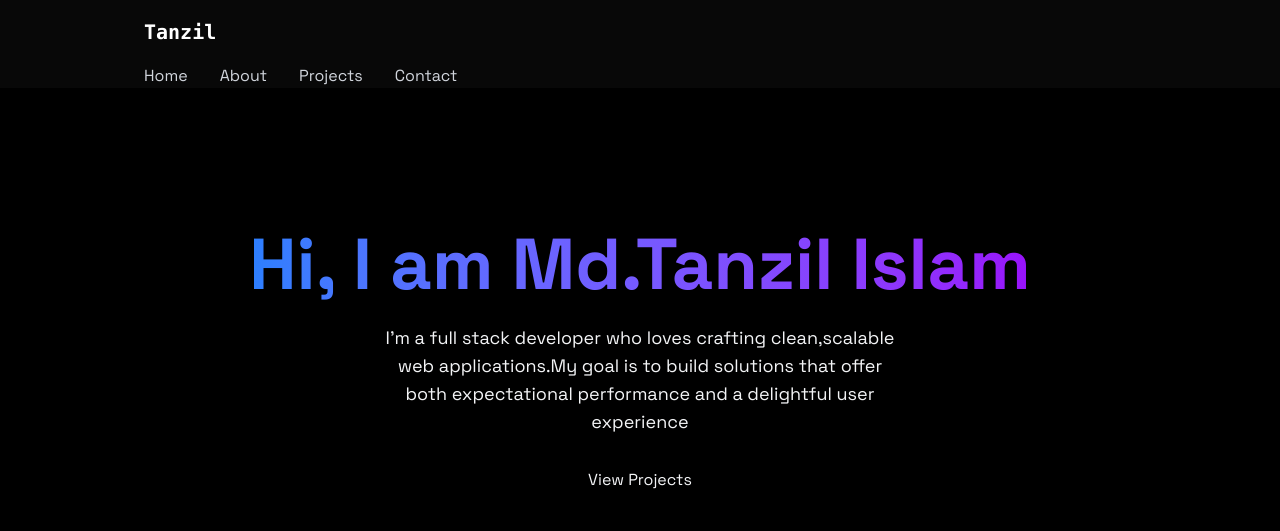
Repository: tanimtanzilislam/my_portfolio
Page: /
The author's editor kept a copy of each file at every save. The page is drawn from the files as they stood at one save, then again after a run of saves.
The browser window is 1280 px wide. The pictures show the whole page.
The project was rebuilt for these pictures with package versions that can differ from the ones it lists, and the page was loaded fresh each time. Also part of the build but not shown: vite.config.js.

Above is the page before, as saved 2025-05-10 12:16:30.

### index.html
<!doctype html>
<html lang="en">
  <head>
    <meta charset="UTF-8" />
    <link rel="icon" type="image/svg+xml" href="/vite.svg" />
    <link rel="preconnect" href="https://fonts.googleapis.com" />
    <link rel="preconnect" href="https://fonts.gstatic.com" crossorigin />
    <link
    href="https://fonts.googleapis.com/css2?family=Space+Grotesk:wght@400;500;600;700&family=jetBrains+Mono:wght"
    rel="stylesheet"/>
    <meta name="viewport" content="width=device-width, initial-scale=1.0" />
    <title>Vite + React</title>
  </head>
  <body>
    <div id="root"></div>
    <script type="module" src="/src/main.jsx"></script>
  </body>
</html>

### src/index.css
@import "tailwindcss";

html, body {
  margin: 0;
  padding: 0;
  font-family: "Space Grotesk", sans-serif;
  background: #f3f4f6;
}

@layer utilities {

  @keyframes blink{
    0%,100%{
      opacity:1;
    }
    50%{
      opacity:0;
    }
  }
  .animated-blink {
    animation: blink 0.8s step-end infinite;
  }
  @keyframes loading {
    0% {
      transform: translateX(-100%);
    }
    100% {
      transform: translateX(250%);
    }
  }

  .animate-loading-bar {
    animation: loading 0.8s ease infinite;
  }
}

### src/App.jsx
import React, { useState } from 'react';
import './App.css';
import './index.css';
import { LoadingScreen } from './components/LoadingScreen';
import { Navbar } from './components/Navbar';
import { MobileMenu } from './components/MobileMenu';
import { Home } from './components/sections/Home';
function App() {
  const [isLoaded, setIsLoaded] = useState(false);
  const [menuOpen, setMenuOpen] = useState(false);

  return (
    <>
      {
        !isLoaded && <LoadingScreen onComplete={() => setIsLoaded(true)} />
      }
      <div className={`min-h-screen transition-opacity duration-700 ${isLoaded ? "opacity-100" :"opacity-0" } bg-black text-gray-100`}>
        {/* Your other content goes here */}

        <Navbar menuOpen={menuOpen} setMenuOpen={setMenuOpen}/>
        <MobileMenu menuOpen={menuOpen} setMenuOpen={setMenuOpen}/>
  <Home />
      </div>
    </>
  );
}

export default App

### src/App.css
@import "tailwindcss";

html,body {
  margin:0;
  padding:0;
  font-family: "Space Grotesk" ,sans-serif;
  background:#0a0a0a;
  color: #f3f4f6;
}

### src/components/LoadingScreen.jsx
import React, { useState, useEffect } from "react";

export const LoadingScreen = ({ onComplete }) => {
  const [text, setText] = useState("");
  const fullText = "<Hello World />";

  useEffect(() => {
    let index = 0;
    const interval = setInterval(() => {
      setText(fullText.substring(0, index));
      index++;
      if (index > fullText.length) {
        clearInterval(interval);
        // ✅ টাইপিং শেষ হলে onComplete() চালাও
        onComplete();
      }
    }, 100);

    return () => clearInterval(interval);
  }, [onComplete]);

  return (
    <div className="fixed inset-0 z-50 bg-black text-gray-100 flex flex-col items-center justify-center">
      <div className="mb-4 text-4xl font-mono font-bold">
        {text}
        <span className="animated-blink ml-1">|</span>
      </div>

      <div className="w-[200px] h-[2px] bg-gray-800 rounded relative overflow-hidden">
        <div className="w-[40px] h-full bg-blue-500 shadow-[0_0_15px_#3b82f6] animate-loading-bar"></div>
      </div>
    </div>
  );
};

### src/components/Navbar.jsx
import { useEffect } from "react";

export const Navbar = ({ menuOpen, setMenuOpen }) => {
  useEffect(() => {
    document.body.style.overflow = menuOpen ? "hidden" : "";
  }, [menuOpen]);

  return (
    <nav className="fixed top-0 w-full z-40 bg-[rgba(10,10,10,0.8)] backdrop-blur-lg border-white/10 shadow-lg">
      <div className="max-w-5xl mx-auto px-4">
        <div className="flex justify-between items-center h-16">
          <a href="#home" className="font-mono text-xl font-bold text-white">
            Tanzil<span className="text-blue-500"></span>
          </a>
          <div
            className="w-7 h-5 relative cursor-pointer z-40 md:hidden"
            onClick={() => setMenuOpen((prev) => !prev)}
          >
            &#9776;
          </div>
        </div>

        <div className="hidden md:flex items-center space-x-8">
          <a href="#home" className="text-gray-300 hover:text-white transition-colors">Home</a>
          <a href="#about" className="text-gray-300 hover:text-white transition-colors">About</a>
          <a href="#projects" className="text-gray-300 hover:text-white transition-colors">Projects</a>
          <a href="#contact" className="text-gray-300 hover:text-white transition-colors">Contact</a>
        </div>
      </div>
    </nav>
  );
};

### src/components/MobileMenu.jsx
import { useEffect } from "react";

export const MobileMenu = ({ menuOpen, setMenuOpen }) => {
  return (
    <div
      className={`fixed top-0 left-0 w-full bg-[rgba(10,10,10,0.8)] z-40 flex flex-col items-center justify-center
      transition-all duration-300 ease-in-out
      ${menuOpen ? "h-screen opacity-100 pointer-events-auto" : "h-0 opacity-0 pointer-events-none"}`}
    >
      <button
        onClick={() => setMenuOpen(false)}
        className="absolute top-6 right-6 text-white text-3xl focus:outline-none cursor-pointer"
        aria-label="close Menu"
      >
        &times;
      </button>

      <a href="#home" onClick={() => setMenuOpen(false)} className={`text-2xl font-semibold text-white my-4 transform transition-transform duration-300
        ${menuOpen ? "opacity-100 translate-y-0" : ""}`}>Home</a>

      <a href="#about" onClick={() => setMenuOpen(false)} className={`text-2xl font-semibold text-white my-4 transform transition-transform duration-300
        ${menuOpen ? "opacity-100 translate-y-0" : ""}`}>About</a>

      <a href="#projects" onClick={() => setMenuOpen(false)} className={`text-2xl font-semibold text-white my-4 transform transition-transform duration-300
        ${menuOpen ? "opacity-100 translate-y-0" : ""}`}>Projects</a>

      <a href="#contact" onClick={() => setMenuOpen(false)} className={`text-2xl font-semibold text-white my-4 transform transition-transform duration-300
        ${menuOpen ? "opacity-100 translate-y-0" : ""}`}>Contact</a>
    </div>
  );
};

### src/components/sections/Home.jsx
export const Home =()=>{
    return <section id="home" className="min-h-screen flex items-center justify-center relative">
        <div className="text-center z-10 px-14">
            <h1 className="text-5xl md:text-7xl font-bold mb-6 bg-gradient-to-r from-blue-500 to-purple-600 bg-clip-text text-transparent leading-right">Hi, I am Md.Tanzil Islam </h1>
                <p  className="tex-gray-400 text-lg mb-8 max-w-lg mx-auto">
                    I'm a full stack developer who loves crafting clean,scalable web applications.My goal is to build solutions that offer both expectational performance and a delightful user experience                </p>

           <div className="flex justify-center space-x-4">
            <a href="#projects ">
                View Projects
            </a>
           </div>
        </div>
    </section>
}

Loaded but not shown: src/main.jsx (common file)

After the next 8 saves:
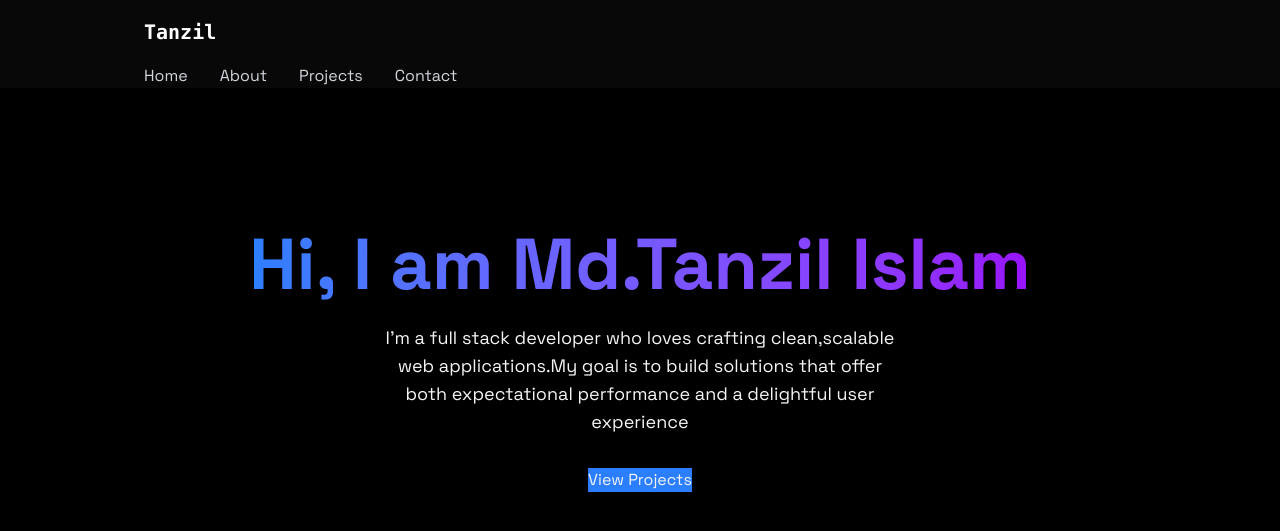
The 8 saves are shown as one change because they came seconds apart.
The last was saved 17 s later.
--- a/src/components/sections/Home.jsx
+++ b/src/components/sections/Home.jsx
@@ -6,7 +6,7 @@ export const Home =()=>{
                     I'm a full stack developer who loves crafting clean,scalable web applications.My goal is to build solutions that offer both expectational performance and a delightful user experience                </p>
 
            <div className="flex justify-center space-x-4">
-            <a href="#projects ">
+            <a href="#projects " className="bg-blue-500">
                 View Projects
             </a>
            </div>
